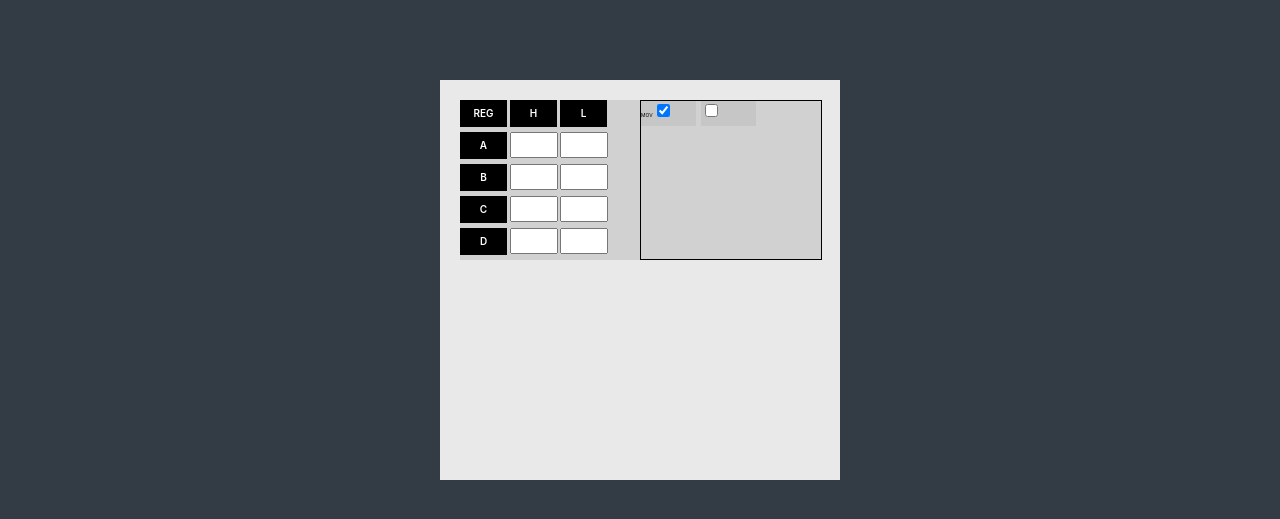
Repository: piookr-wsei/8086
Page: /
These files come from the project's save history. The page is drawn as it stood at one moment and after the next save; the edit follows.
The browser window is 1280 px wide. The pictures show the whole page.
The project was rebuilt for these pictures with package versions that can differ from the ones it lists, and the page was loaded fresh each time.

Above is the page before, as saved 2022-06-18 19:59:51.

After the next save:
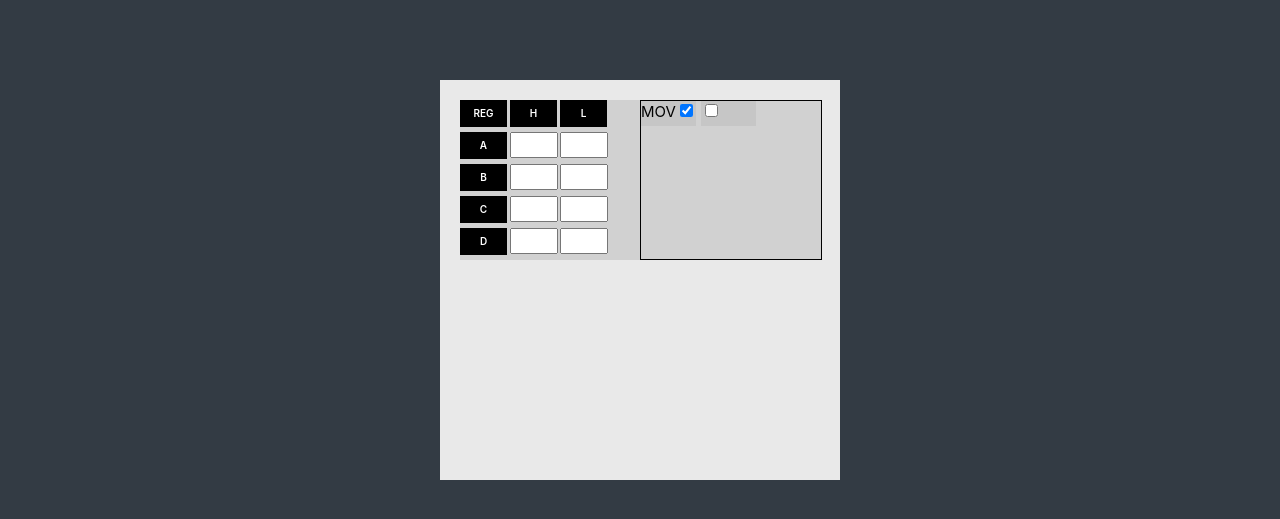
Saved 5 s later.
--- a/src/Components/Components.elements.js
+++ b/src/Components/Components.elements.js
@@ -39,7 +39,7 @@ right: 0;
 display: grid;
 grid-template-columns: 50px 50px 50px;
 border: solid 1px black;
-font-size: 5PX;
+font-size: 15px;
 `
 
 export const RegDescSC = styled.div`
